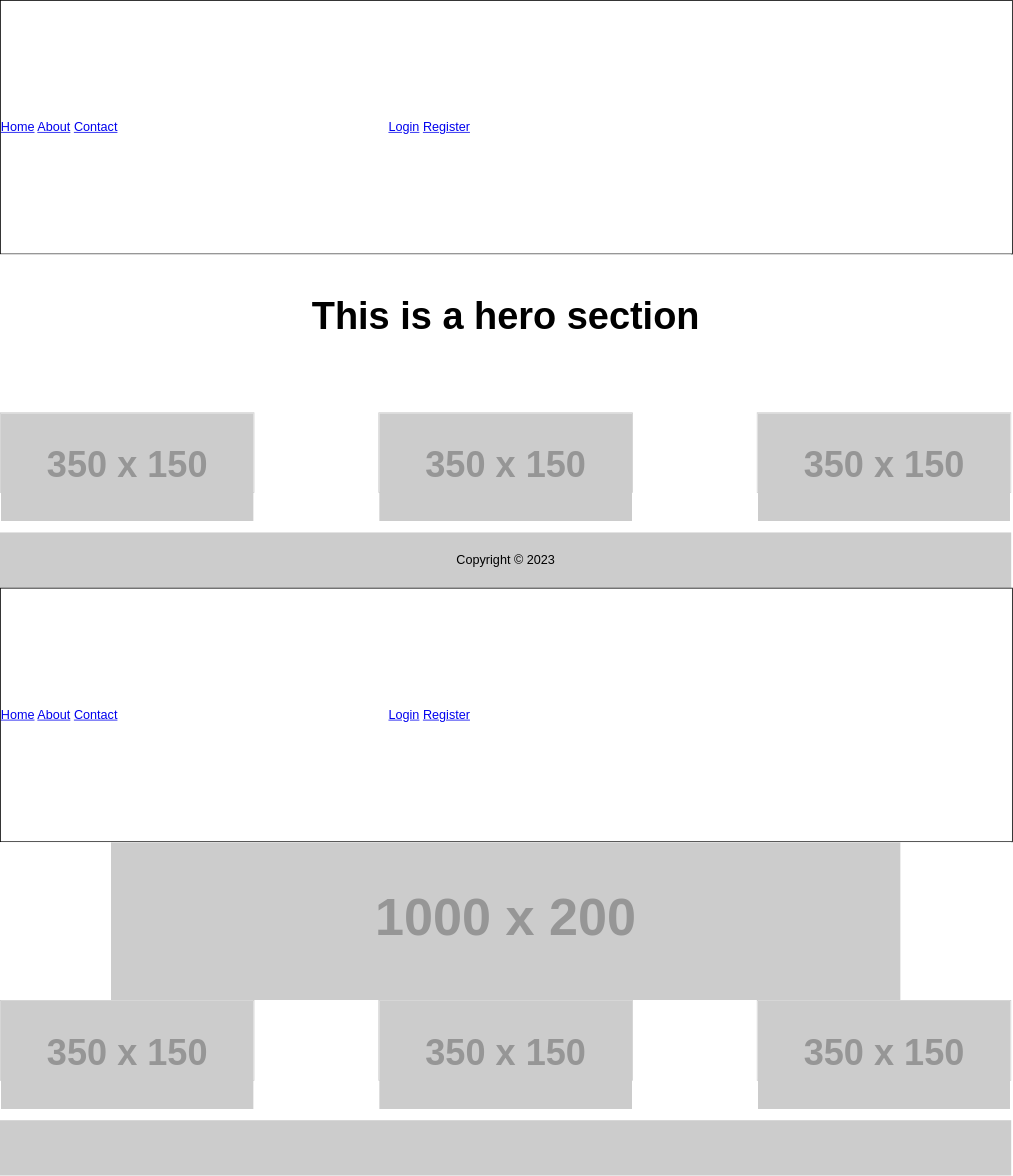
Repository: punitbathija/Placement-Assitance-iNeuron
Page: responsive-web-design.html
The author's editor kept a copy of each file at every save. The page is drawn from the files as they stood at one save, then again after a run of saves.
The browser window is 1280 px wide. The page is 1282 px wide, so the pictures cover 1282 px, including what lies to the right of the window. The pictures show the whole page, at 79% of full size.

Above is the page before, as saved 2023-05-23 15:17:14.

### responsive-web-design.html
<!-- <!DOCTYPE html>
<html lang="en">
  <head>
    <meta charset="UTF-8" />
    <meta http-equiv="X-UA-Compatible" content="IE=edge" />
    <meta name="viewport" content="width=device-width, initial-scale=1.0" />
    <title>Document</title>
  </head>
  <link rel="stylesheet" href="responsive-web-design.css" />
  <body>
    <main class="main">
      <nav class="nav">
        <div class="left"></div>
        <div class="right"></div>
      </nav>
      <section class="hero"></section>
      <section class="slidebar">
        <img class="image" />
        <img class="image" />
        <img class="image" />
      </section>
    </main>
  </body>
</html> -->
<!DOCTYPE html>
<html>
  <head>
    <title>Responsive Design Layout with Flexbox</title>
    <style>
      body {
        margin: 0;
        padding: 0;
        font-family: sans-serif;
      }

      .container {
        display: flex;
        flex-direction: column;
        min-height: 100vh;
      }

      .nav {
        display: flex;
        justify-content: space-between;
        align-items: center;
        width: 100%;
      }

      .nav-left {
        flex-grow: 1;
      }

      .nav-right {
        flex-grow: 0;
      }

      .hero {
        background-color: #fff;
        height: 200px;
        text-align: center;
      }

      .hero-text {
        font-size: 3em;
        margin-top: 50px;
      }

      .slider {
        display: flex;
        flex-wrap: wrap;
        justify-content: space-between;
        margin-bottom: 50px;
      }

      .slider-item {
        width: 25%;
        height: 100px;
        border: 1px solid #ccc;
      }

      .footer {
        background-color: #ccc;
        height: 50px;
        text-align: center;
        padding: 10px;
      }
    </style>
  </head>
  <body>
    <div class="container">
      <div class="nav">
        <div class="nav-left">
          <a href="#">Home</a>
          <a href="#">About</a>
          <a href="#">Contact</a>
        </div>
        <div class="nav-right">
          <a href="#">Login</a>
          <a href="#">Register</a>
        </div>
      </div>
      <div class="hero">
        <h1 class="hero-text">This is a hero section</h1>
      </div>
      <div class="slider">
        <div class="slider-item">
          <img src="https://via.placeholder.com/350x150" alt="Image 1" />
        </div>
        <div class="slider-item">
          <img src="https://via.placeholder.com/350x150" alt="Image 2" />
        </div>
        <div class="slider-item">
          <img src="https://via.placeholder.com/350x150" alt="Image 3" />
        </div>
      </div>
      <div class="footer">
        <p>Copyright &copy; 2023</p>
      </div>
    </div>
  </body>
</html>
<!DOCTYPE html>
<html>
  <head>
    <title>Responsive Design Layout with Flexbox</title>
    <style>
      body {
        margin: 0;
        padding: 0;
        font-family: sans-serif;
      }

      .container {
        display: flex;
        flex-direction: column;
        min-height: 100vh;
      }

      .nav {
        display: flex;
        justify-content: space-between;
        align-items: center;
        width: 100%;
        border: 1px solid black;
        height: 20rem;
      }

      .nav-left {
        flex-grow: 1;
      }

      .nav-right {
        flex-grow: 2;
      }

      .hero {
        background-color: #fff;
        height: 200px;
        text-align: center;
      }

      .hero-text {
        font-size: 3em;
        margin-top: 50px;
      }

      .slider {
        display: flex;
        flex-wrap: wrap;
        justify-content: space-between;
        margin-bottom: 50px;
      }

      .slider-item {
        width: 25%;
        height: 100px;
        border: 1px solid #ccc;
      }

      .footer {
        background-color: #ccc;
        height: 50px;
        text-align: center;
        padding: 10px;
      }

      .hero img {
        max-width: 100%;
      }

      .slider-item img {
        max-width: 100%;
      }
    </style>
  </head>
  <body>
    <div class="container">
      <div class="nav">
        <div class="nav-left">
          <a href="#">Home</a>
          <a href="#">About</a>
          <a href="#">Contact</a>
        </div>
        <div class="nav-right">
          <a href="#">Login</a>
          <a href="#">Register</a>
        </div>
      </div>
      <div class="hero">
        <img src="https://via.placeholder.com/1000x200" alt="Hero Image" />
      </div>
      <div class="slider">
        <div class="slider-item">
          <img src="https://via.placeholder.com/350x150" alt="Image 1" />
        </div>
        <div class="slider-item">
          <img src="https://via.placeholder.com/350x150" alt="Image 2" />
        </div>
        <div class="slider-item">
          <img src="https://via.placeholder.com/350x150" alt="Image 3" />
        </div>
      </div>
      <div class="footer"></div>
    </div>
  </body>
</html>

After the next 2 saves:
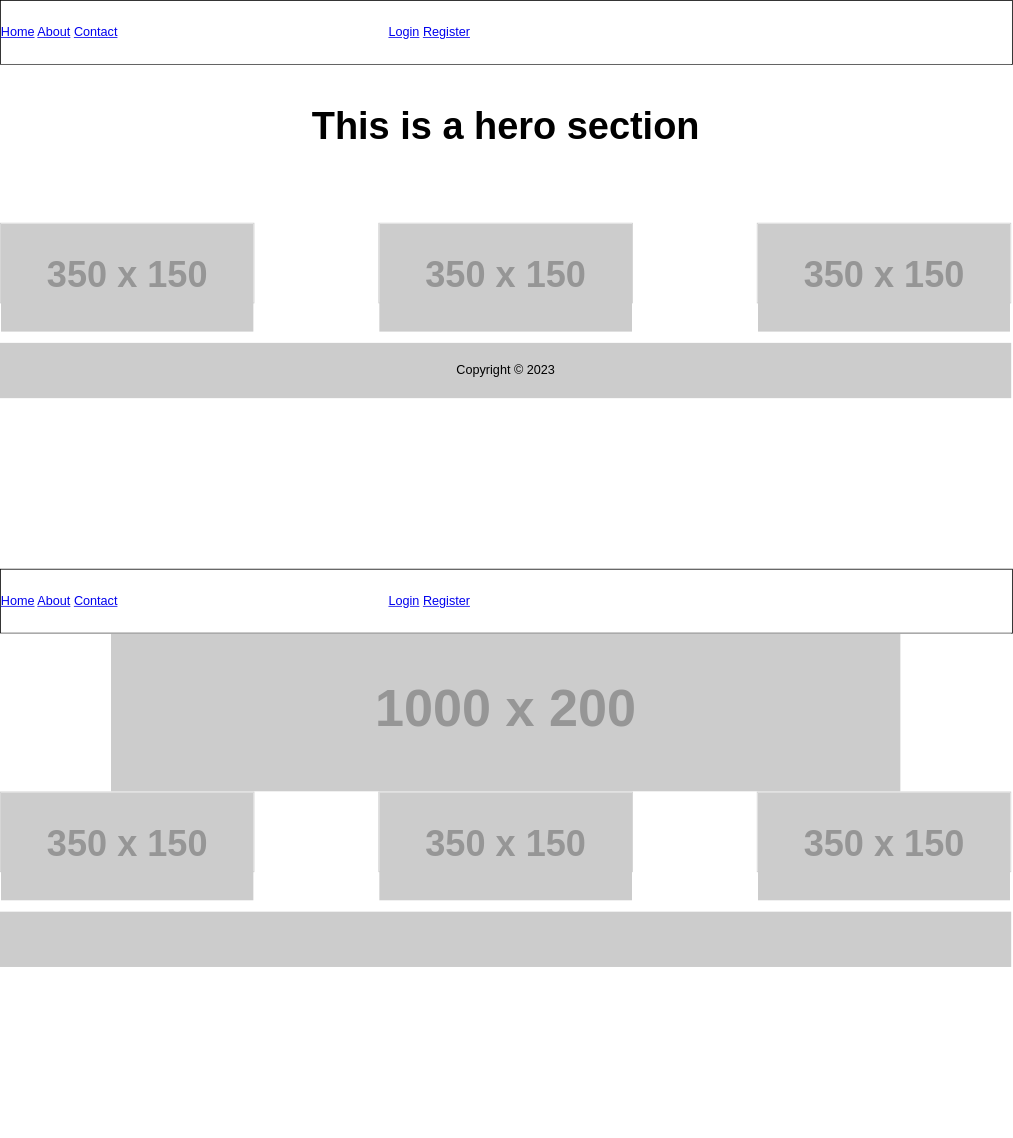
The 2 saves are shown as one change because they came seconds apart.
The last was saved 7 s later.
--- a/responsive-web-design.html
+++ b/responsive-web-design.html
@@ -142,7 +142,7 @@
         align-items: center;
         width: 100%;
         border: 1px solid black;
-        height: 20rem;
+        height: 5rem;
       }
 
       .nav-left {
